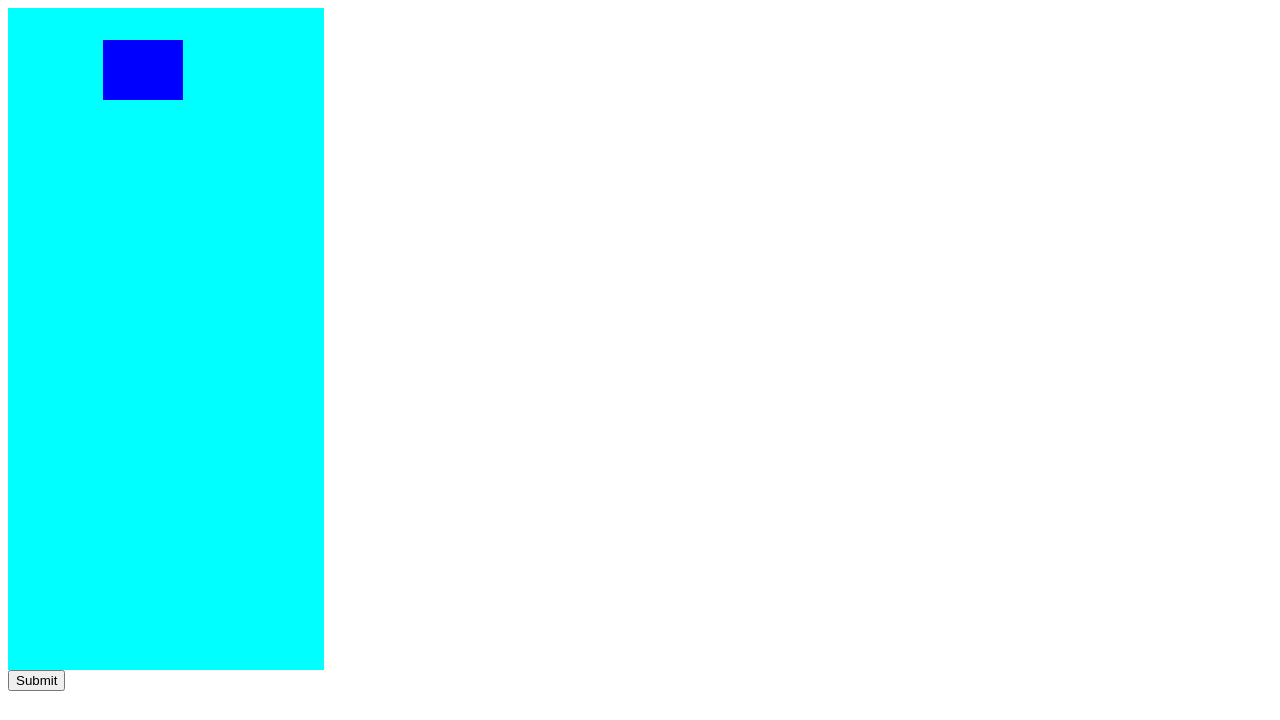
Repository: tr2cky/barrage
Page: index.html
An editor plug-in stored every save of this project. The page is shown before and after a run of saves, followed by the edit.
The browser window is 1280 px wide. The pictures show the whole page.

Above is the page before, as saved 2022-10-03 13:37:45.

### index.html
<!DOCTYPE html>
<html lang="en">

<head>
    <meta charset="UTF-8">
    <meta http-equiv="X-UA-Compatible" content="IE=edge">
    <meta name="viewport" content="width=device-width, initial-scale=1.0">
    <link rel="stylesheet" href="style.css">
    <title>Document</title>
</head>

<body>
    <div class="container">
        <div class="side">
            <div class="box1"></div>
        </div>
        <div id="circle"></div>
        <main>
            <div class="header">
                <div class="boxheader"></div>
            </div>
            <article>
                <div class="article-container">
                    <div class="search"></div>
                    <button>Submit</button>
                </div>
            </article>
        </main>
    </div>
</body>

</html>

### style.css
.container {
    display: grid;
    grid-template-columns: 1fr 3fr;
}
.side {
    background-color: aqua;
    height: 92vh;
}
.box1 {
    background-color: blue;
    width: 40px;
    height: 20px;
    padding: 20px;
    margin-top: 10%;
    margin-left: 30%;
}

After the next 11 saves:
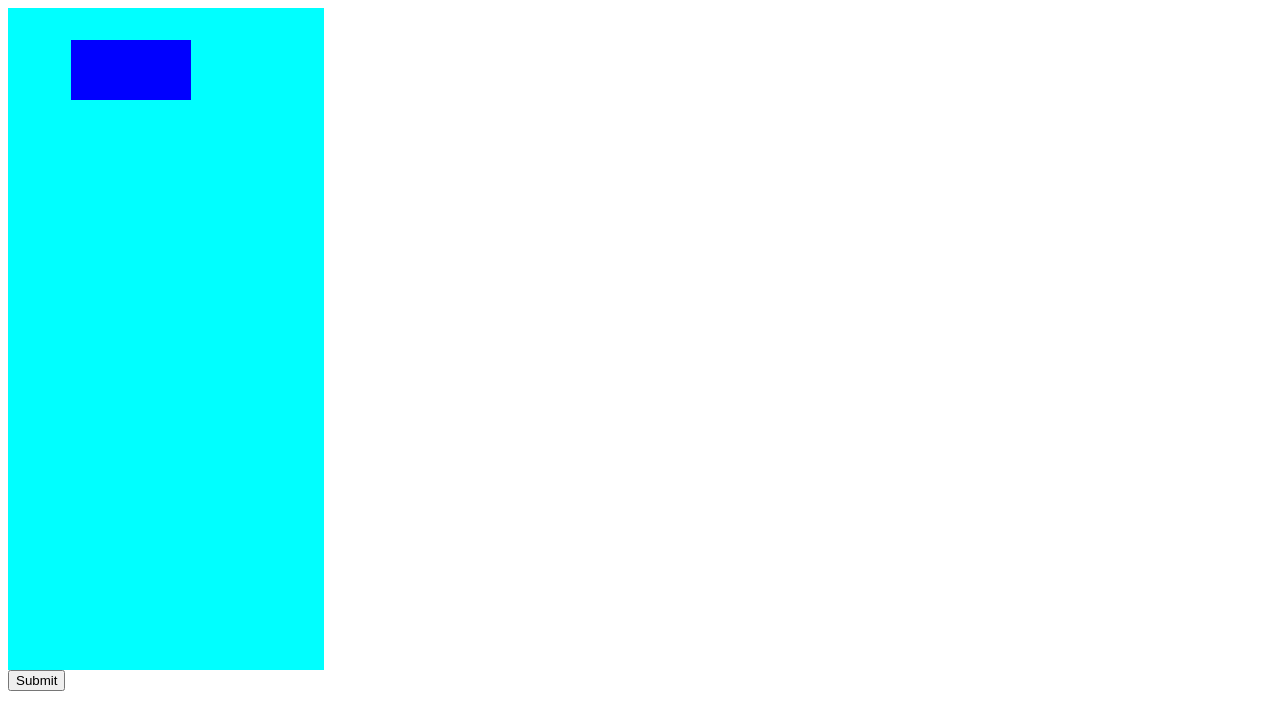
The 11 saves are shown as one change because they came seconds apart.
The last was saved 23 s later.
--- a/style.css
+++ b/style.css
@@ -8,9 +8,9 @@
 }
 .box1 {
     background-color: blue;
-    width: 40px;
+    width: 80px;
     height: 20px;
     padding: 20px;
     margin-top: 10%;
-    margin-left: 30%;
+    margin-left: 20%;
 }
